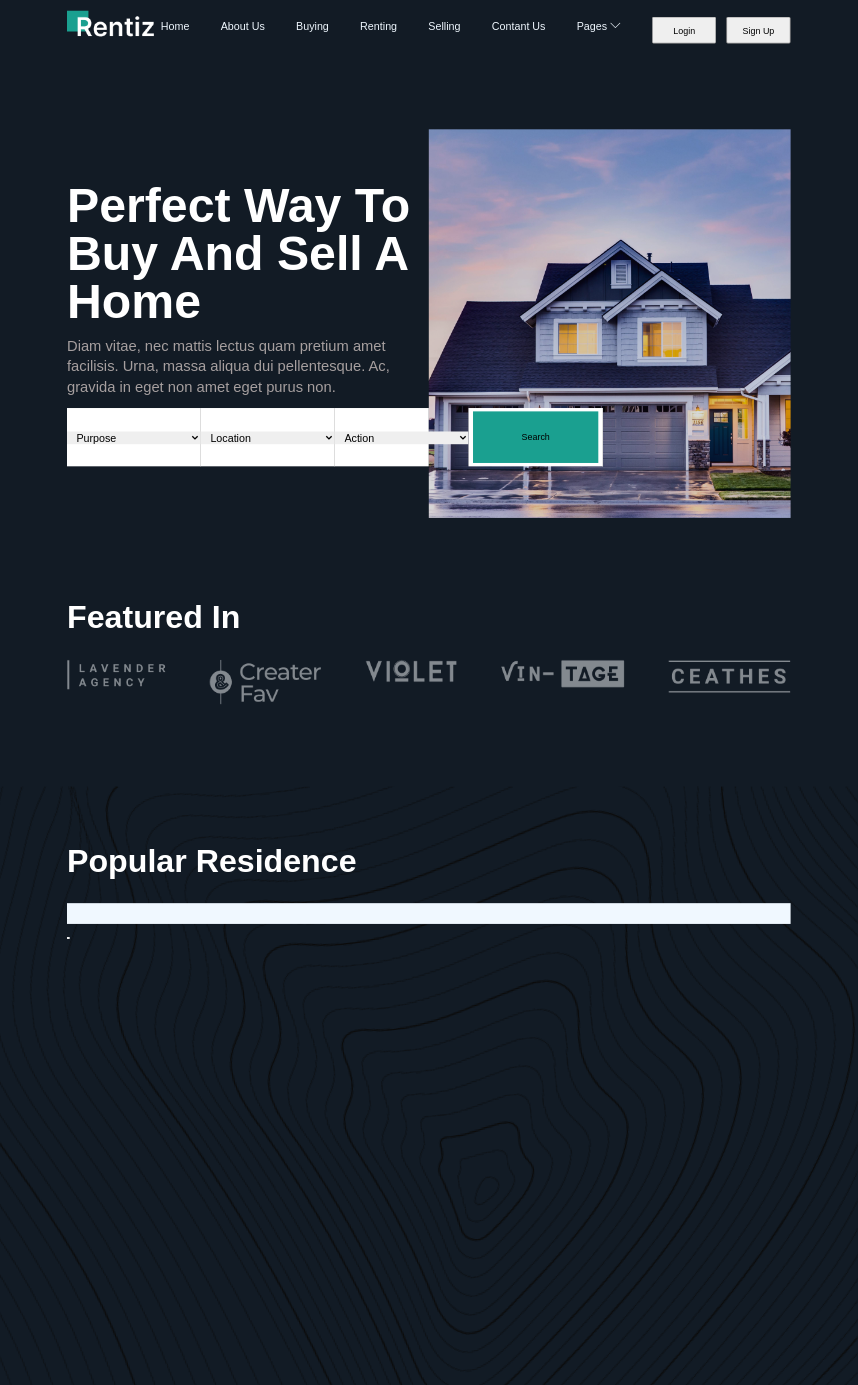
Repository: tung1233hhhhhhhhhhhhh/WebClone-Home
Page: index.html
The author's editor kept a copy of each file at every save. The page is drawn from the files as they stood at one save, then again after the next save.
The browser window is 1280 px wide. The pictures show the whole page, at 67% of full size.

Above is the page before, as saved 2023-05-23 20:12:13.

### index.html
<!DOCTYPE html>
<html lang="en">

<head>
    <meta charset="UTF-8">
    <meta http-equiv="X-UA-Compatible" content="IE=edge">
    <meta name="viewport" content="width=device-width, initial-scale=1.0">
    <title>Document</title>
    <link rel="stylesheet" href="./assets/css/main.css">
    <link rel="stylesheet" href="./assets/css/root.css">
    <link rel="stylesheet" href="./assets/fonts/themify-icons/themify-icons.css">
</head>

<body>
    <div id="hearder">
        <div class="nav">
            <div class="nav-brand">
                <img src="./assets/img/logo.png" alt="">
            </div>
            <ul class="nav-list">
                <li><a href="">Home</a></li>
                <li><a href="">About Us</a></li>
                <li><a href="">Buying</a></li>
                <li><a href="">Renting</a> </li>
                <li><a href="">Selling</a> </li>
                <li><a href="">Contant Us</a> </li>
                <li><a href="">Pages
                        <i class="ti-angle-down"></i>
                    </a> </li>
                <li><button class="nav-btn-login">Login</button></li>
                <li><button class="nav-btn-signup">Sign Up</button></li>
            </ul>
        </div>
    </div>

    <!--billboard  -->

    <div id="billboard">
        <div class="container">
            <div class="main">
                <div class="billboard-text">
                    <h1>Perfect Way To Buy And Sell A Home</h1>
                    <p>Diam vitae, nec mattis lectus quam pretium amet facilisis. Urna, massa aliqua dui pellentesque.
                        Ac, gravida in eget non amet eget purus non.</p>
                    <div class="navbar-billboard">
                        <div class="container-billboard">

                            <div class="billboard-select">
                                <select name="" id="" class="form-select">
                                    <option value="">Purpose</option>
                                    <option value="">Buy</option>
                                    <option value="">Action</option>
                                    <option value="">Something else here</option>
                                </select>
                            </div>
                            <div class="billboard-select">
                                <select name="" id="" class="form-select">
                                    <option value="">Location</option>
                                    <option value="">Action</option>
                                    <option value="">Another action</option>
                                    <option value="">Something else here</option>
                                </select>
                            </div>
                            <div class="billboard-select">
                                <select name="" id="" class="form-select">
                                    <option value="">Action</option>
                                    <option value="">Another action</option>
                                    <option value="">Something else here</option>
                                    <option value="">Type</option>
                                </select>
                            </div>
                            <div class="billboard-btn">
                                <button class="btn-select">Search</button>
                            </div>
                        </div>
                    </div>
                </div>

                <div class="billboard-img"></div>

            </div>
        </div>
    </div>

    <!-- feature -->

    <div id="feature">
        <div class="container">
            <div class="feature-row">
                <h2>Featured In</h2>
            </div>
            <div class="feature-row row-logo">
                <div class="feature-logo">
                    <img src="./assets/img/logo1.png" alt="">
                </div>
                <div class="feature-logo">
                    <img src="./assets/img/logo2.png" alt="">
                </div>
                <div class="feature-logo">
                    <img src="./assets/img/logo3.png" alt="">
                </div>
                <div class="feature-logo">
                    <img src="./assets/img/logo4.png" alt="">
                </div>
                <div class="feature-logo">
                    <img src="./assets/img/logo6.png" alt="">
                </div>
            </div>
        </div>
    </div>

    <!-- residence -->

    <div id="residence">
        <div class="container">
            <h2 class="text-residence">Popular Residence</h2>
            <div class="btn-next"></div>
            <div class="btn-prev"></div>
            <div class="residence-content">
                <div class="wrapper-residence">
                    <div class="box-slide">
                        <div class="card">
                            <img src="" alt="">
                            <div class="card-text"></div>
                        </div>
                    </div>
                </div>
            </div>
            <div class="residence-btt">
                <button></button>
            </div>
        </div>
    </div>
</body>

</html>

### assets/css/main.css
* {
    margin: 0;
    padding: 0;
    box-sizing: border-box;
}

body {
    font-family: 'Work Sans', sans-serif;
    font-weight: 400;
    font-size: 19px;
    line-height: 1.6em;
    color: var(--body-text-color);
    background-color: var(--dark-color);
}


#hearder {
    width: 100%;
    height: 73px;
    padding: 8px 0;
}

#hearder .nav {
    max-width: 1536px;
    height: 73px;
    margin: 0 100px;
    display: flex;
    justify-content: space-between;
    align-items: center;
    z-index: 10;
}

#hearder .nav-brand {
    display: inline;
}

#hearder .nav-list {
    display: flex;
    flex-direction: row;
    width: 965px;
    justify-content: space-between;
}

#hearder .nav-list li {
    display: flex;
    flex-direction: row;
    list-style: none;
    padding: 8px;
    margin-right: 24px;
}

#hearder li a {
    text-decoration: none;
    font-size: 16px;
    color: aliceblue;
}

#hearder .nav-list button {
    width: 96px;
    height: 40px;
    padding: 12px 6px;
    margin-right: -32px;
}

/* billboard */

#billboard {
    width: 100%;
    height: 586px;
    margin-top: 120px;
    margin-bottom: 80px;
}

#billboard .container {
    height: 100%;
    margin: 0 100px;
}

#billboard .main {
    display: flex;
    flex-direction: row;
    justify-content: space-between;
    align-items: center;
}

#billboard .main .billboard-text {
    width: 50%;
}

#billboard .billboard-text h1 {
    text-transform: capitalize !important;
    line-height: 1;
    margin-bottom: 1rem;
    font-size: 72px;
}

#billboard .billboard-text p {
    font-size: 22px;
    font-weight: 300;
    font-family: 'Work Sans', sans-serif;
    color: var(--light-text-color);
    margin-bottom: 1rem;
}

#billboard .navbar-billboard {
    /* min-width: 782px; */
    display: flex;
    justify-content: space-between;
    padding: 0;
    background: #fff;
}

#billboard .navbar-billboard .container-billboard {
    display: flex;
    flex-wrap: inherit;
    align-items: center;
    justify-content: space-between;
    width: 860px;
    height: 87px;
    z-index: 1;
}

.navbar-billboard .form-select {
    border: none;
    width: 100%;
    padding: 0 10px;
    font-size: 1rem;
    font-weight: 400;
}

.navbar-billboard .billboard-select,
.billboard-btn {
    height: 100%;
    border-right: 1px solid #ccc;
    line-height: 87px;
    width: 200px;
}

.navbar-billboard .billboard-btn {
    height: 100%;
    background-color: #fff;
}

.navbar-billboard .billboard-btn .btn-select {
    border: none;
    width: 94%;
    height: 89%;
    background-color: var(--accent-color);
    margin-left: 6px;
    transform: translateY(-2px);
}

#billboard .main .billboard-img {
    background: url("/assets/img/pexels-binyamin-mellish-106399\ 2.png") center / cover no-repeat;

    width: 636px;
    height: 580px;
}

/* feature */

#feature {
    height: 267px;

}

#feature .container {
    padding-top: 3rem !important;
    padding-bottom: 3rem !important;
    display: flex;
    flex-direction: column;
    margin-left: 100px;
    margin-right: 100px;
    height: 100%;
}

#feature .container .row-logo {
    display: flex;
    flex-direction: row;
    justify-content: space-between;

}

#feature .feature-row h2 {
    font-family: 'Work Sans', sans-serif;
    font-weight: 600;
    color: var(--body-text-color);
    font-size: 48px;
    margin-bottom: 48px;
}


#residence {
    width: 100%;
    height: 893px;
    background: url("/assets/img/residence.png") center / cover no-repeat;
    position: relative;
}

#residence .container {
    padding-top: 3rem !important;
    padding-bottom: 3rem !important;
    margin-top: 3rem !important;
    margin-bottom: 3rem !important;
    margin-left: 100px;
    margin-right: 100px;

}

#residence .container .text-residence {
    padding-top: 3rem !important;
    padding-bottom: 3rem !important;
    text-transform: capitalize;
    font-size: 48px;
    font-family: 'Work Sans', sans-serif;
    font-weight: 600;
    color: var(--body-text-color);
}

#residence .wrapper-residence {
    width: 100%;
    background-color: aliceblue;
    height: 100%;
}

### assets/css/root.css
:root {
    --accent-color: #1AA090;
    --dark-color: #121B25;
    --grey-color: #83898F;
    --body-text-color: #FFFFFF;
    --light-text-color: #a69f9f;
    --link-color: #092035;
}

Loaded but not shown: assets/fonts/themify-icons/themify-icons.css (common file)

After the next save:
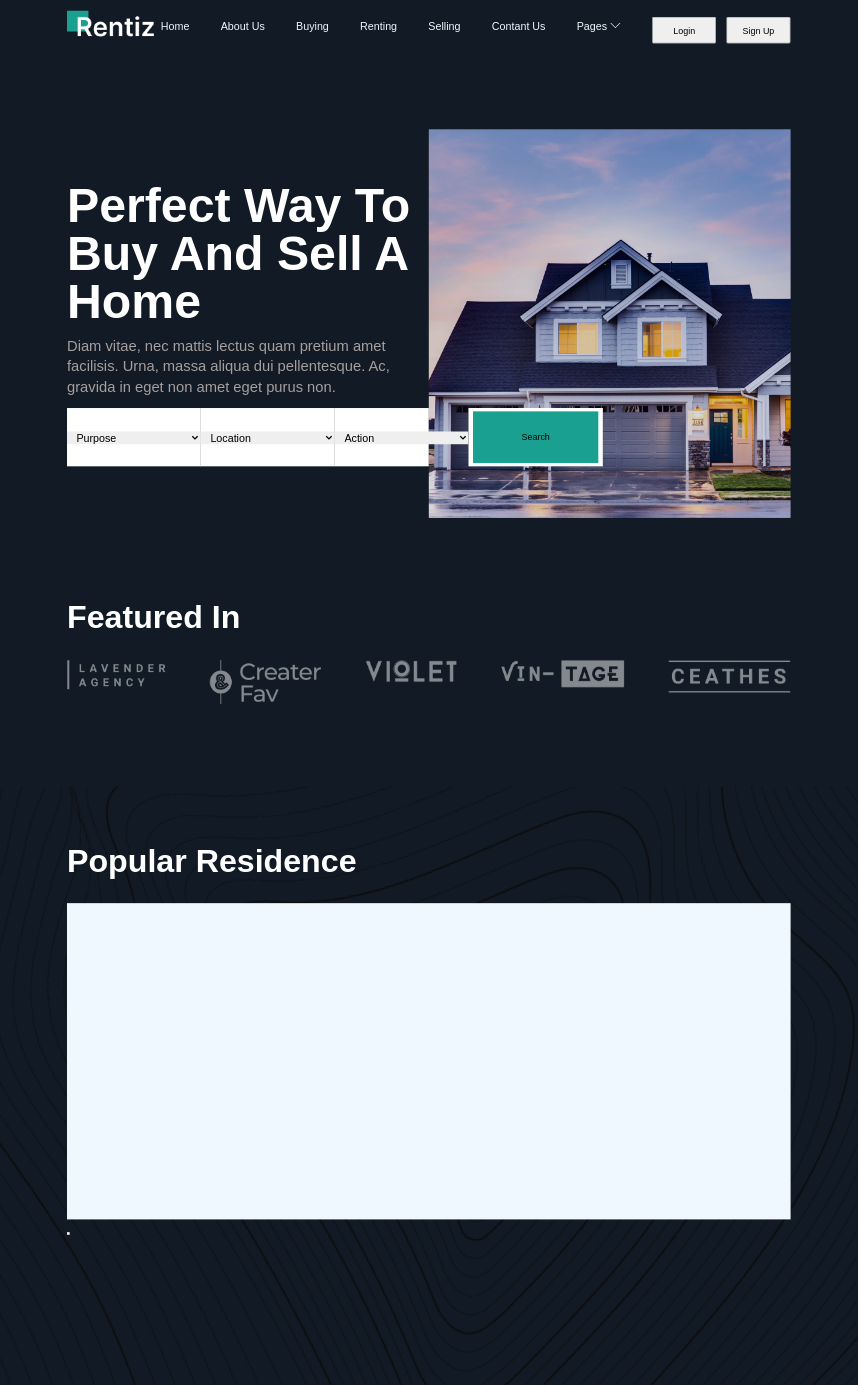
Saved 46 s later.
--- a/assets/css/main.css
+++ b/assets/css/main.css
@@ -220,5 +220,5 @@ body {
 #residence .wrapper-residence {
     width: 100%;
     background-color: aliceblue;
-    height: 100%;
-}
+    height: 472px
+}
